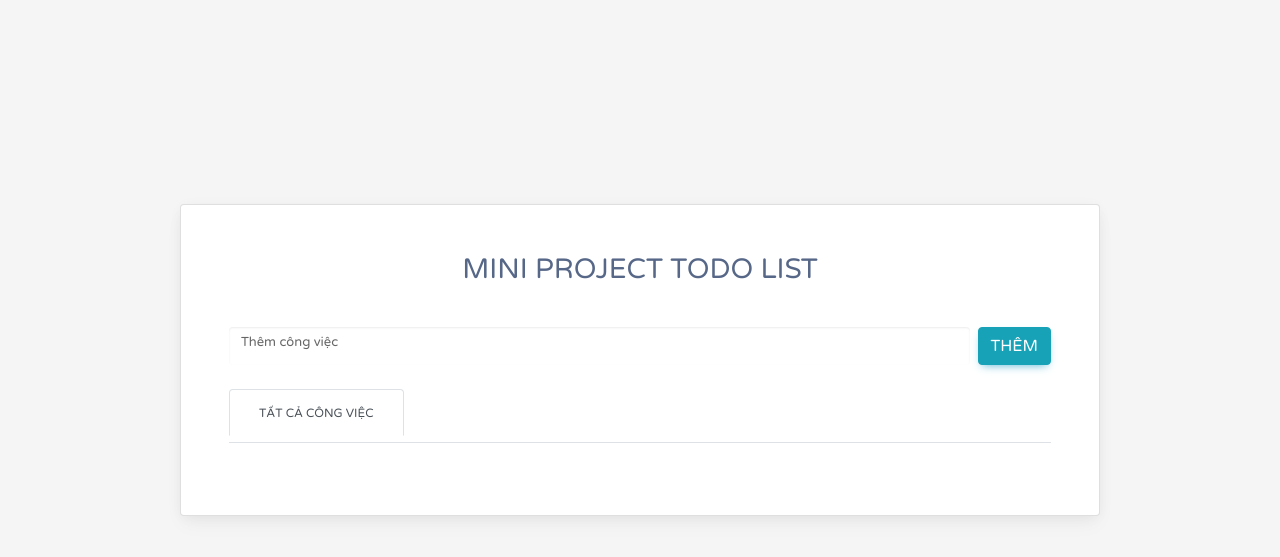
Repository: TinhTT336/MD02_Session06
Page: /
These files come from the project's save history. The page is drawn as it stood at one moment and after the next save; the edit follows.
The browser window is 1280 px wide. The pictures show the whole page.
Some web libraries are served in a nearby version. The project was rebuilt for these pictures with package versions that can differ from the ones it lists, and the page was loaded fresh each time. Also part of the build but not shown: vite.config.js, src/App.css, src/mini_project/TodoList.jsx, src/base/Input.jsx, src/base/Radio.jsx, src/base/Checkbox.jsx, src/Homework/AddModal.jsx, src/Homework/Table.jsx and 3 more.

Above is the page before, as saved 2023-09-02 18:45:59.

After the next save:
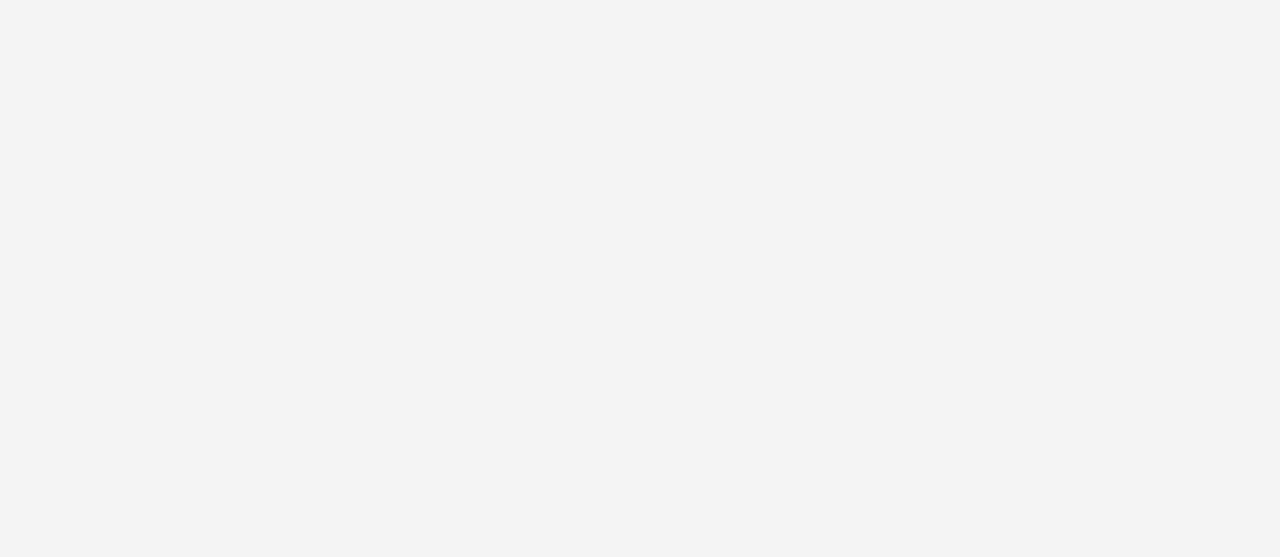
Console error: ReferenceError: todosLocal is not defined
Saved 96 s later.
--- a/src/mini_project/Todo.jsx
+++ b/src/mini_project/Todo.jsx
@@ -6,6 +6,7 @@
         const todosLocal = JSON.parse(localStorage.getItem("todos")) || [];
         return todosLocal;
     });
+    console.log(todosLocal);
     const handleSubmit = (e) => {
         e.preventDefault();
         if (input !== "") {

After the save that followed:
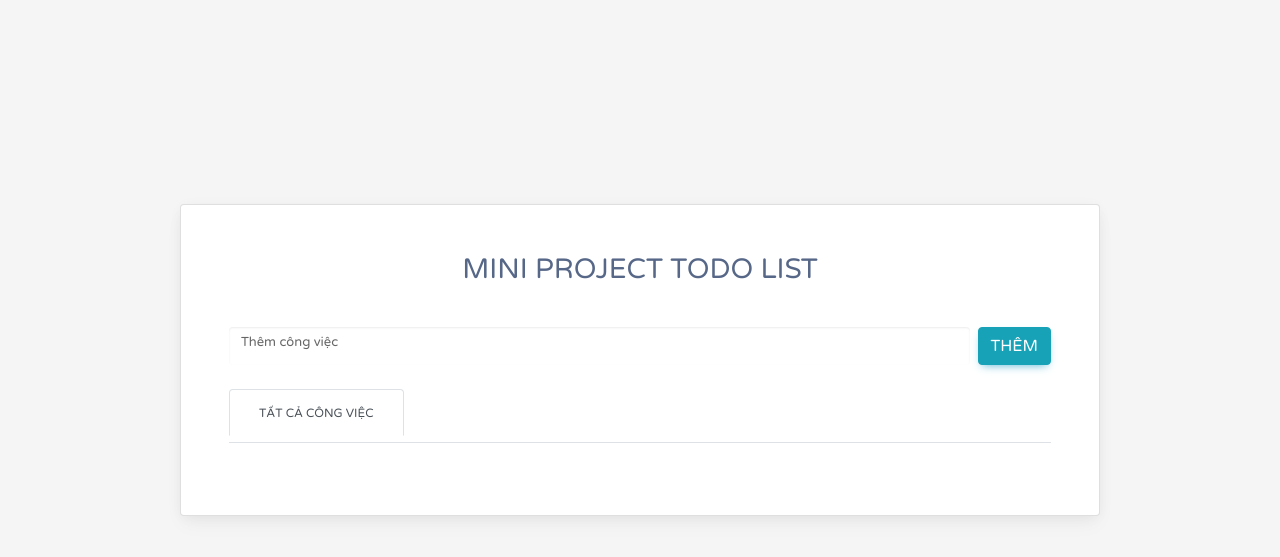
The error is gone.
Saved 15 s later.
--- a/src/mini_project/Todo.jsx
+++ b/src/mini_project/Todo.jsx
@@ -4,9 +4,10 @@
     const [input, setInput] = useState("");
     const [todos, setTodos] = useState(() => {
         const todosLocal = JSON.parse(localStorage.getItem("todos")) || [];
+        console.log(todosLocal);
+
         return todosLocal;
     });
-    console.log(todosLocal);
     const handleSubmit = (e) => {
         e.preventDefault();
         if (input !== "") {
